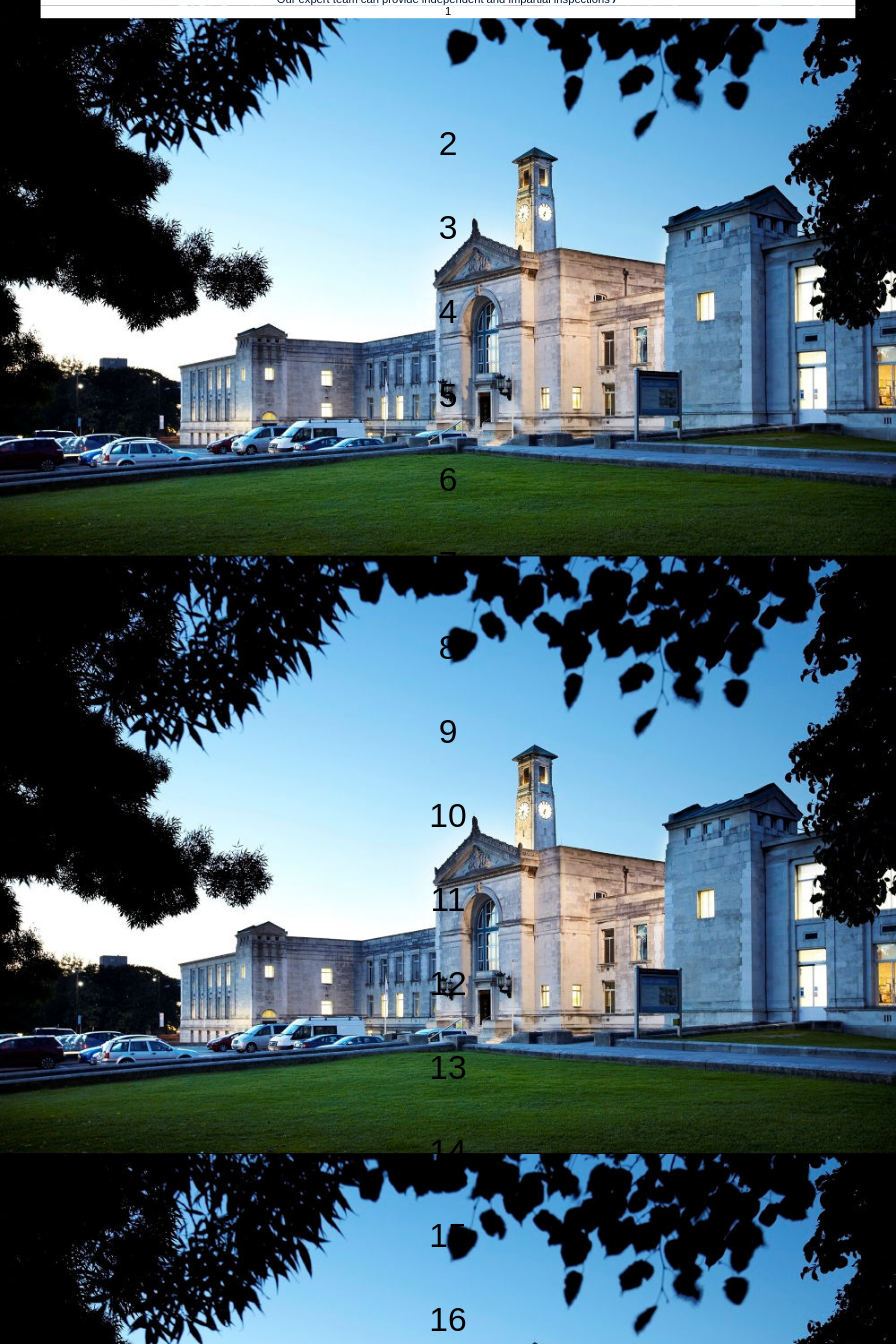
Repository: Domehead123/advent
Page: index.html
The author's editor kept a record of every edit. The page is drawn from the files as they stood at one moment, then again after the next edit.
The browser window is 1280 px wide. The pictures show the part of the page from y = 0 to 1920 px (the page is 2906 px tall before and 2888 px after), at 70% of full size.

Above is the page before.

### index.html
<!DOCTYPE html>
<html lang="en">
<head>
    <meta charset="UTF-8">
    <meta name="viewport" content="width=device-width, initial-scale=1.0">
    <meta http-equiv="X-UA-Compatible" content="ie=edge">
    <link rel="stylesheet" href="style.css" type="text/css" />
    <title>Document</title>
</head>
<body>
    <div class="window-wrapper">


        <div class="window-open"><a href="https://www.southampton.gov.uk/roads-parking/highway/mot/"></span><span class="window-header">MOT service</span>
        <span class="abstract">Our expert team can provide independent and impartial inspections</span><span class="day">1</span></a></div>
        <div class="window-open">1</div>
        </div>
        <div class="window-closed">2</div>
        <div class="window-closed">3</div>
        <div class="window-closed">4</div>
        <div class="window-closed">5</div>
        <div class="window-closed">6</div>
        <div class="window-closed">7</div>
        <div class="window-closed">8</div>
        <div class="window-closed">9</div>
        <div class="window-closed">10</div>
        <div class="window-closed">11</div>
        <div class="window-closed">12</div>
        <div class="window-closed">13</div>
        <div class="window-closed">14</div>
        <div class="window-closed">15</div>
        <div class="window-closed">16</div>
        <div class="window-closed">17</div>
        <div class="window-closed">18</div>
        <div class="window-closed">19</div>
        <div class="window-closed">20</div>
        <div class="window-closed">21</div>
        <div class="window-closed">22</div>
        <div class="window-closed">23</div>
        <div class="window-closed">24</div>
    </div>
</body>
</html>

### style.css
body {
    background-image: url("images/civic-centre-2.jpg");
    background-size: cover;
    background-position: center;
    height: 100vh;
}

.window-wrapper {
    padding: 80px 50px 0 50px;
    text-align: center;
}

.window  {
    background: #00193c;
    color: #fff;
    opacity: 0.8;
    width: 190px;
    height: 120px;

    display: inline-block;
    vertical-align: top;
    margin: 15px;
}

.window-closed {
    font-size: 3em;
    text-align: center;
    font-family: "franklin-gothic-urw",sans-serif;
    line-height: 120px;
}


.window-open  {
    background: #fff;
    text-align: center;
    font-family: "franklin-gothic-urw",sans-serif;
    transition: 0.4s all;
    position: relative;
    top: -120px;
}

.window-open:hover {
   background: #ddd;
}

.day {
    display: inline-block;
    position: relative;
    top: -90px;
    left: -130px;
    color: #333;
    font-size: 0.9em;
    text-decoration: none;
}

.window-open a {
    text-decoration: none;
    color: #00193c;
    transition: 0.4s all;
}

.window-open:hover a {
    text-decoration: underline;
}

.window-header {

font-weight: bold;
margin: 0 0 4px 0;
display: block;
}

.abstract::after {
content: "\203A";
display: inline-block;
text-decoration: none;
font-weight: bold;
line-height: 0;
position: relative;
top: 1px;
left: 3px;
}

After the next edit:
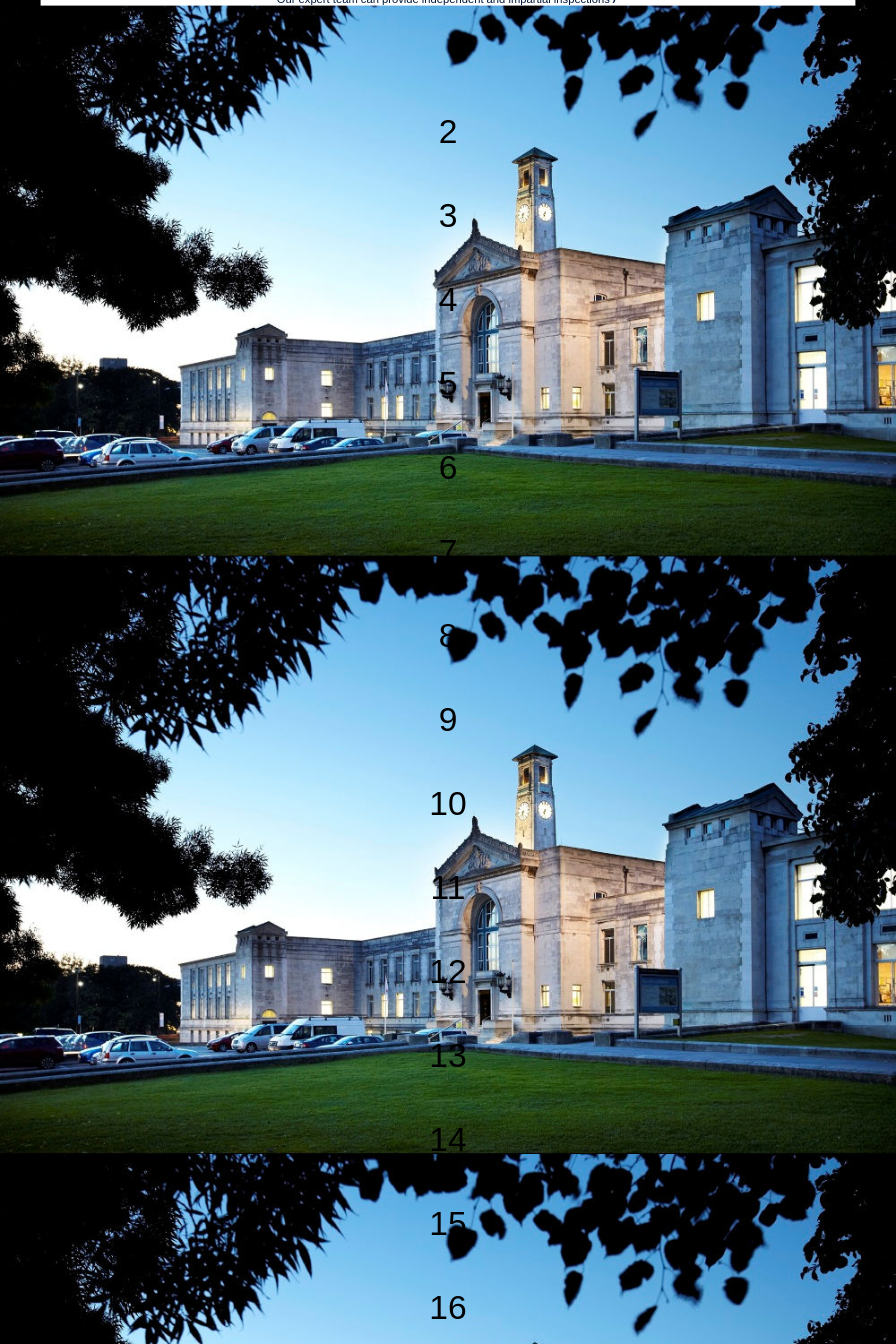
The edit:
--- a/index.html
+++ b/index.html
@@ -13,8 +13,8 @@
 
         <div class="window-open"><a href="https://www.southampton.gov.uk/roads-parking/highway/mot/"></span><span class="window-header">MOT service</span>
         <span class="abstract">Our expert team can provide independent and impartial inspections</span><span class="day">1</span></a></div>
-        <div class="window-open">1</div>
-        </div>
+
+
         <div class="window-closed">2</div>
         <div class="window-closed">3</div>
         <div class="window-closed">4</div>
